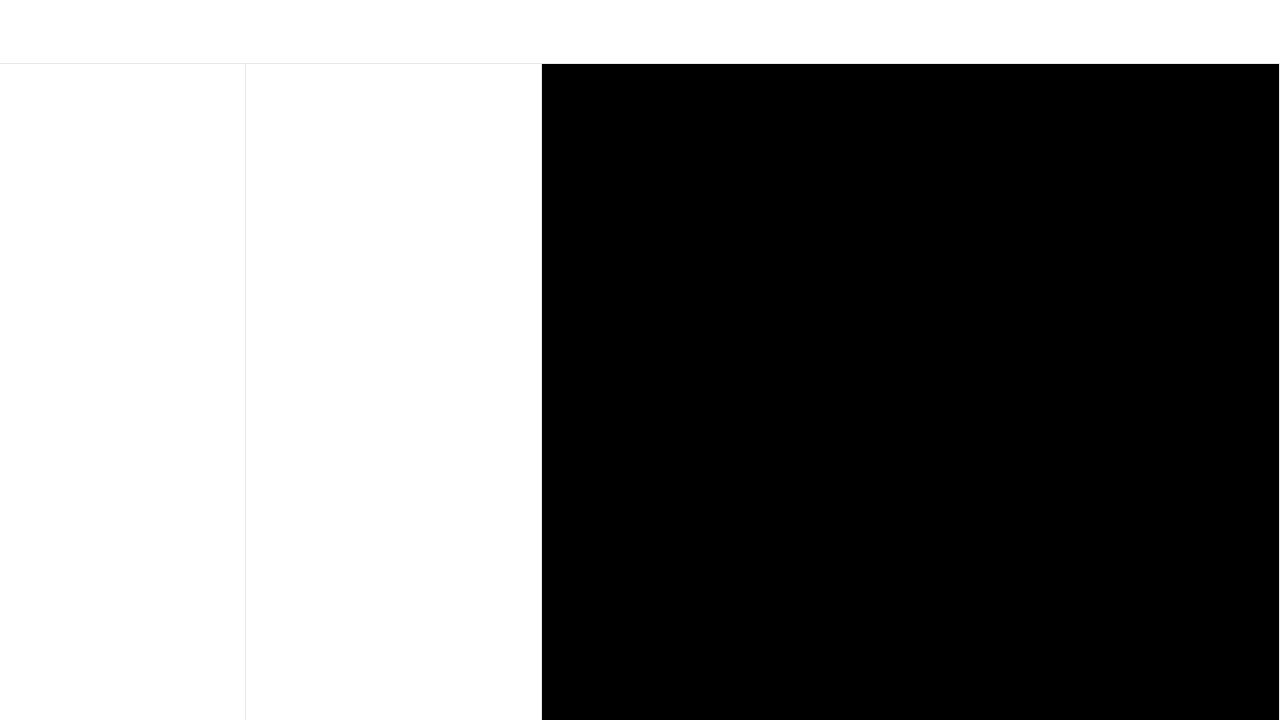
Repository: VictorJPimentel/Resume-Matcher
Page: / (app in frontend/)
These files come from the project's save history. The page is drawn as it stood at one moment and after the next save; the edit follows.
The browser window is 1280 px wide. The pictures show the whole page.
The project was rebuilt for these pictures with package versions that can differ from the ones it lists, and the page was loaded fresh each time. Also part of the build but not shown: frontend/src/components/FileUpload.jsx.

Above is the page before, as saved 2022-08-09 20:03:37.

After the next save:
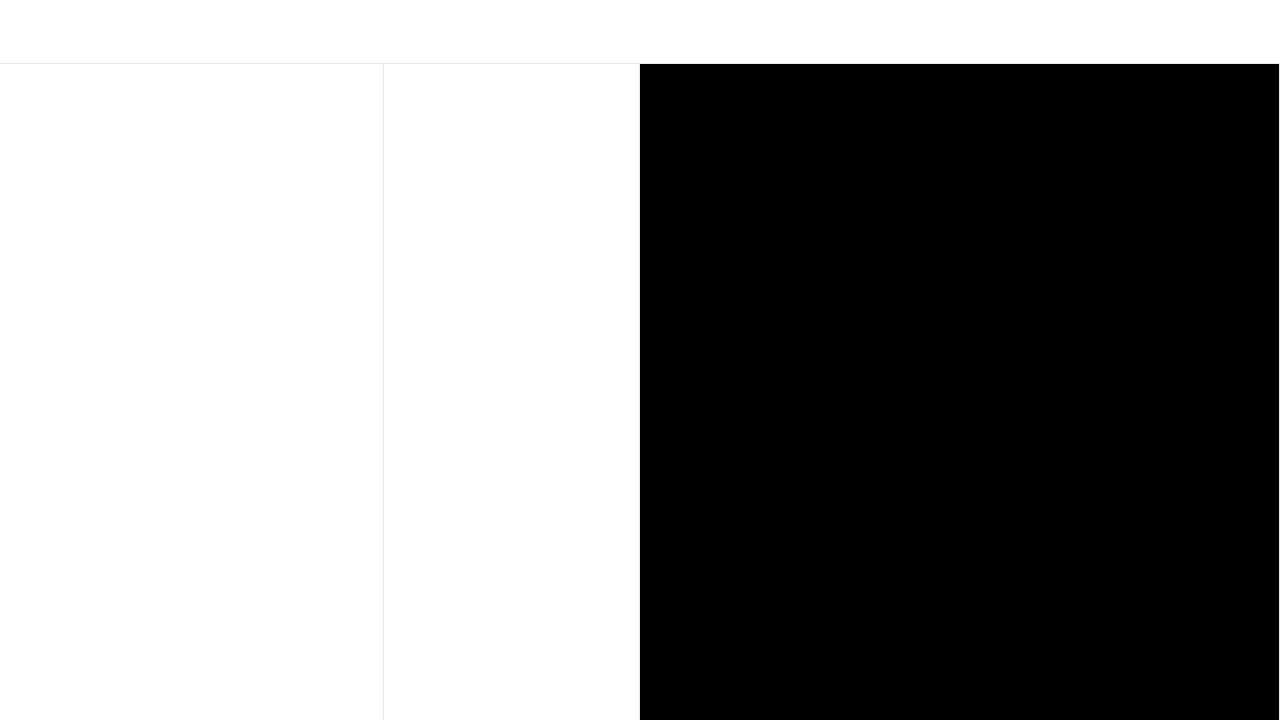
Saved 3 s later.
--- a/frontend/src/components/Filters.jsx
+++ b/frontend/src/components/Filters.jsx
@@ -4,7 +4,7 @@ import { NavLink, useLocation } from "react-router-dom";
 function Filter() {
   return (
     <div
-      className="flex flex-col z-40 left-0 top-0 h-full no-scrollbar w-2/6 border-r border-slate-200
+      className="flex flex-col z-40 left-0 top-0 h-full no-scrollbar w-3/5 border-r border-slate-200
        "
     ></div>
   );
